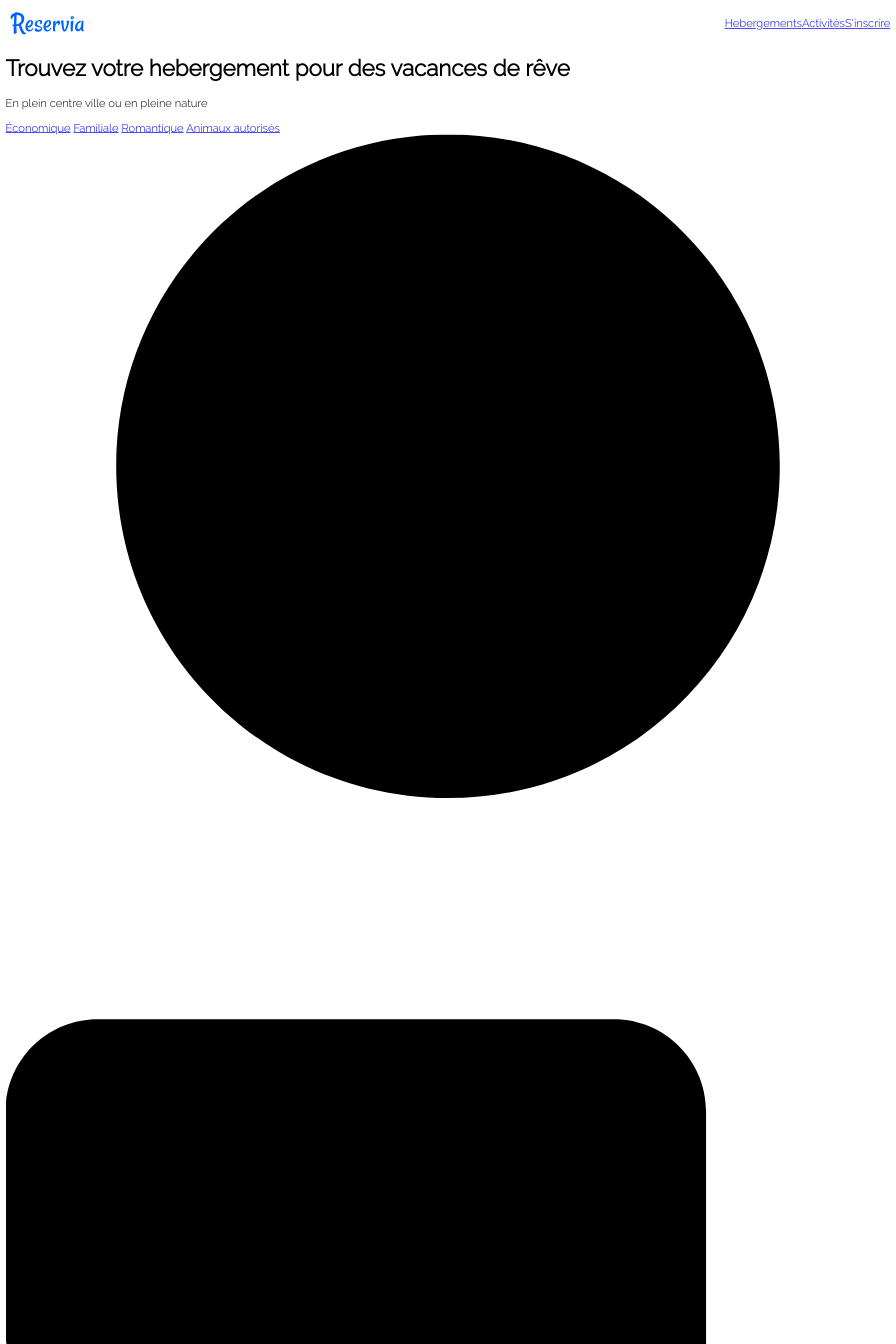
Repository: jaydeeonghub/DYLANBARBARISI_2_16062021
Page: index.html
These files come from the project's save history. The page is drawn as it stood at one moment and after the next save; the edit follows.
The browser window is 1280 px wide. The pictures show the part of the page from y = 0 to 1920 px (the page is 61077 px tall), at 70% of full size.

Above is the page before, as saved 2021-06-26 17:46:29.

### index.html
<!DOCTYPE html>
<html lang="fr">
<head>
    <link rel="preconnect" href="https://fonts.gstatic.com">
    <link href="https://fonts.googleapis.com/css2?family=Raleway:wght@300&display=swap" rel="stylesheet">
    <link rel="stylesheet" href="Assets\Style\Styles.css">
        <meta charset="UTF-8">
        <meta http-equiv="X-UA-Compatible" content="IE=edge">
        <meta name="viewport" content="width=device-width, initial-scale=1.0">
    <title>Reservia</title>
</head>
<body>
    <header>
    <div class="Barre_de_navigation"> <!--Barre de navigation-->
        <img src="Assets/Logo/Reservia@3x.png"
             alt="Logo Reservia Responsive"
             srcset="Assets/Logo/Reservia.svg"
             width="120px"
             height="50px"
        />
<div class="LiensNav flexAround">
    <div><a href="#Hebergements">Hebergements</a></div>
    <div><a href="#Activités">Activités</a></div>
    <div><a href="#S'inscrire">S'inscrire</a></div>
    </div>
    </header>
<main>
    <h1>Trouvez votre hebergement pour des vacances de rêve</h1> <!--Titre d'accroche de la landing page-->
    <p>En plein centre ville ou en pleine nature</p>

      <div class="Search_button">
        <form> </form>
          </div>

          <div class="Filtres"
                <p class="Filtres" Filtres</p>
                 <a href="#Économique">Économique</a>
                 <a href="#Familiale">Familiale</a>
                 <a href="#Romantique">Romantique</a>
                 <a href="#Animaux autorisés">Animaux autorisés</a>
                </div>

    <img src="Assets/Icons/info-solid.svg"> <p>Plus de 500 Logements sont disponibles dans cette ville</p> <!--Nombre approximatif de logements disponibles aux alentours-->




        <section>
            <aside>
                <h2>Hébergements à Marseille</h2>
        <div>
            <img src="Assets/Images/4_small/florian-wehde-xW9e8gdotxI-unsplash.jpg"
                      />
                <span>
                    Auberge de la Cannebière
                </span>
                <span>
                    Nuit à partir de 25 Euros
                </span>
                <div>
                    <i><img src="Assets/Icons/star-solid.svg"</i>
                    <i><img src="Assets/Icons/star-solid.svg"</i>
                    <i><img src="Assets/Icons/star-solid.svg"</i>
                    <i><img src="Assets/Icons/star-solid.svg"</i>
                    <i><img src="Assets/Icons/star-solid.svg"</i>
                </div>
        <div>
            <img src="Assets/Images/4_small/kevin-hikari-rV_Qd1l-VXg-unsplash.jpg"
                    />
                <span>
                    Hôtel du port
                </span>
                <span>
                    Nuit à partir de 52 Euros
                </span>
                    <div>
                        <i><img src="Assets/Icons/star-solid.svg"</i>
                        <i><img src="Assets/Icons/star-solid.svg"</i>
                        <i><img src="Assets/Icons/star-solid.svg"</i>
                        <i><img src="Assets/Icons/star-solid.svg"</i>
                        <i><img src="Assets/Icons/star-solid.svg"</i>
                    </div>

                    <div>
                    <img src="Assets/Images/4_small/kilyan-sockalingum-NR8-cBCN3aI-unsplash.jpg"
                    />

                    <span>
                        Hôtel Les mouettes
                    </span>

                    <span>
                        Nuit à partir de 76 Euros
                        </span>

                        <div>
                            <i><img src="Assets/Icons/star-solid.svg"</i>
                            <i><img src="Assets/Icons/star-solid.svg"</i>
                            <i><img src="Assets/Icons/star-solid.svg"</i>
                            <i><img src="Assets/Icons/star-solid.svg"</i>
                            <i><img src="Assets/Icons/star-solid.svg"</i>
                        </div>
                    </div>
                        <div>
                            <img src="Assets/Images/4_small/lena-paulin-wH2-EJoDcV0-unsplash.jpg"
                            />
                            <span>
                                Hôtel de la mer
                            </span>
                            <span>
                                Nuit à partir de 46 Euros
                            </span>
                            <div>
                                <i><img src="Assets/Icons/star-solid.svg"</i>
                                <i><img src="Assets/Icons/star-solid.svg"</i>
                                <i><img src="Assets/Icons/star-solid.svg"</i>
                                <i><img src="Assets/Icons/star-solid.svg"</i>
                                <i><img src="Assets/Icons/star-solid.svg"</i>
                            </div>
                            <div>
                                <img src="Assets/Images/4_small/paul-hermann-QFTrLdQIRhI-unsplash.jpg"
                                />
                                <span>
                                    Auberge Le Panier
                                </span>
                                <span>
                                    Nuit à partir de 23 Euros
                                </span>
                                <div>
                                    <i><img src="Assets/Icons/star-solid.svg"</i>
                                    <i><img src="Assets/Icons/star-solid.svg"</i>
                                    <i><img src="Assets/Icons/star-solid.svg"</i>
                                    <i><img src="Assets/Icons/star-solid.svg"</i>
                                    <i><img src="Assets/Icons/star-solid.svg"</i>
                                </div>
                                <div>
                                    <img src="Assets/Images/4_small/reno-laithienne-QUgJhdY5Fyk-unsplash.jpg"
                                    />
                                    <span>
                                        Hôtel Chez Amina
                                    </span>
                                    <span>
                                        Nuit à partir de 96 Euros
                                    </span>
                                    <div>
                                        <i><img src="Assets/Icons/star-solid.svg"</i>
                                        <i><img src="Assets/Icons/star-solid.svg"</i>
                                        <i><img src="Assets/Icons/star-solid.svg"</i>
                                        <i><img src="Assets/Icons/star-solid.svg"</i>
                                        <i><img src="Assets/Icons/star-solid.svg"</i>
                                    </div>

            </aside><!--Hebergements à Marseille-->
            <aside>
                <h2>Les plus populaires</h2>
                <img src="# icônegraphiqueenfleche"
        <div>
            <img src="Assets/Images/4_small/florian-wehde-xW9e8gdotxI-unsplash.jpg"
                      />
                <span>
                    Hôtel le soleil du matin
                </span>
                <span>
                    Nuit à partir de 128 Euros
                </span>
                <div>
                    <i><img src="Assets/Icons/star-solid.svg"</i>
                    <i><img src="Assets/Icons/star-solid.svg"</i>
                    <i><img src="Assets/Icons/star-solid.svg"</i>
                    <i><img src="Assets/Icons/star-solid.svg"</i>
                    <i><img src="Assets/Icons/star-solid.svg"</i>
                </div>
        <div>
            <img src="Assets/Images/4_small/kevin-hikari-rV_Qd1l-VXg-unsplash.jpg"
                    />
                <span>
                    Au coeur de l'eau Chambre d'hôtes
                </span>
                <span>
                    Nuit à partir de 71 Euros
                </span>
                    <div>
                        <i><img src="Assets/Icons/star-solid.svg"</i>
                        <i><img src="Assets/Icons/star-solid.svg"</i>
                        <i><img src="Assets/Icons/star-solid.svg"</i>
                        <i><img src="Assets/Icons/star-solid.svg"</i>
                        <i><img src="Assets/Icons/star-solid.svg"</i>
                    </div>

                    <div>
                    <img src="Assets/Images/4_small/kilyan-sockalingum-NR8-cBCN3aI-unsplash.jpg"
                    />

                    <span>
                        Hôtel tout bleu et blanc
                    </span>

                    <span>
                        Nuit à partir de 68 Euros
                        </span>

                        <div>
                            <i><img src="Assets/Icons/star-solid.svg"</i>
                            <i><img src="Assets/Icons/star-solid.svg"</i>
                            <i><img src="Assets/Icons/star-solid.svg"</i>
                            <i><img src="Assets/Icons/star-solid.svg"</i>
                            <i><img src="Assets/Icons/star-solid.svg"</i>
                        </div>
                    </div>

            </aside><!-- Les plus populaires-->
    </section>
        <section>
            <h2>Activités à Marseille</h2>
        <div>
            <div>
                <img src="Assets/Images/4_small/kilyan-sockalingum-NR8-cBCN3aI-unsplash.jpg"
                />

                <span>
                    Vieux Port
                </span>
            </div>
            <div>
                <img src="Assets/Images/4_small/kilyan-sockalingum-NR8-cBCN3aI-unsplash.jpg"
                />

                <span>
                    Fort de Pomègues
                </span>
            </div>
            <div>
                <img src="Assets/Images/4_small/kilyan-sockalingum-NR8-cBCN3aI-unsplash.jpg"
                />

                <span>
                    Îles du Frioul
                </span>
            </div>
            <div>
                <img src="Assets/Images/4_small/kilyan-sockalingum-NR8-cBCN3aI-unsplash.jpg"
                />

                <span>
                    Parc National des Calanques
                </span>
            </div>
            <div>
                <img src="Assets/Images/4_small/kilyan-sockalingum-NR8-cBCN3aI-unsplash.jpg"
                />

                <span>
                    Notre-Dame-de-la-Garde
                </span>
            </div>
            <div>
                <img src="Assets/Images/4_small/kilyan-sockalingum-NR8-cBCN3aI-unsplash.jpg"
                />

                <span>
                    Parc Longchamp
                </span>
            </div>
        </div>
        </section><!-- Activités à Marseille-->


    </main>
    <footer>
        <h5>À propos</h5>
            <a href="#Fonctionnementdusite">Fonctionnement du site</a>
            <a href="#CGV">Conditions générales de vente</a>
            <a href="Confidentialité">Données et confidentialité</a>

        <h5>Nos hébergements</h5>
            <a href="#chartequalité">Charte qualité</a>
            <a href="#Soumettrehôtel">Soumettre votre hôtel</a>


        <h5>Assistance</h5>
            <a href="#Centre d'aide">Centre d'aide</a>
            <a href="#Contact">Nous contacter</a>
    </footer>


</body>
</html>

### Assets/Style/Styles.css
*
body {font-family: 'Raleway', sans-serif;}

h1 {font-family: 'Raleway', sans-serif;}

li {display: inline;}

.flexCentre {

    display: flex;
    justify-content: center;
    align-items: center;
}

.flexAround {

    display: flex;
    justify-content: space-around;
    align-items: center;
}

.Barre_de_navigation {
    display: flex;
    justify-content: space-between;
    align-items: center;
}

After the next save:
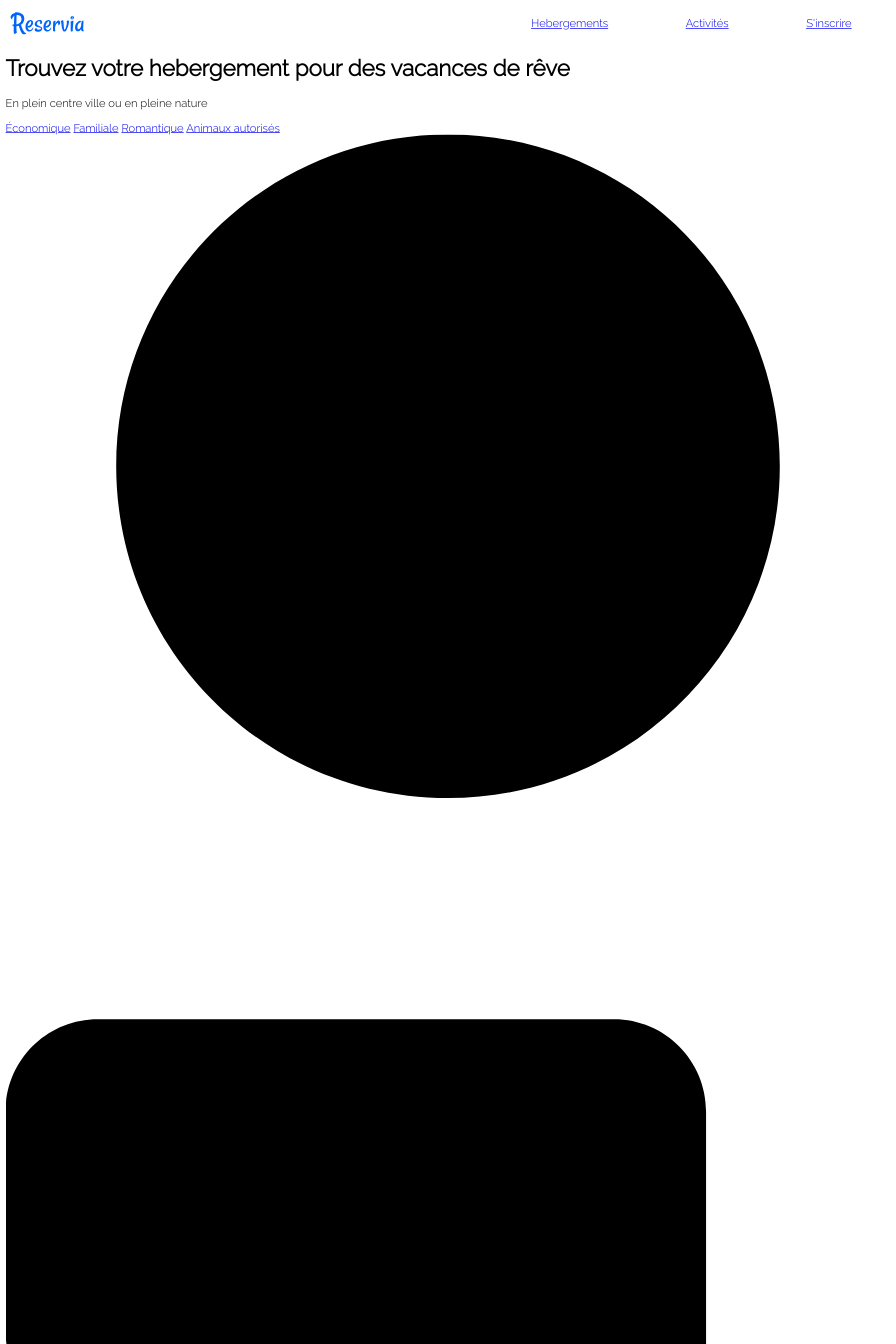
Saved 74 s later.
--- a/Assets/Style/Styles.css
+++ b/Assets/Style/Styles.css
@@ -24,3 +24,9 @@ li {display: inline;}
     justify-content: space-between;
     align-items: center;
 }
+
+.LiensNav {
+    width: 45%;
+
+
+}
